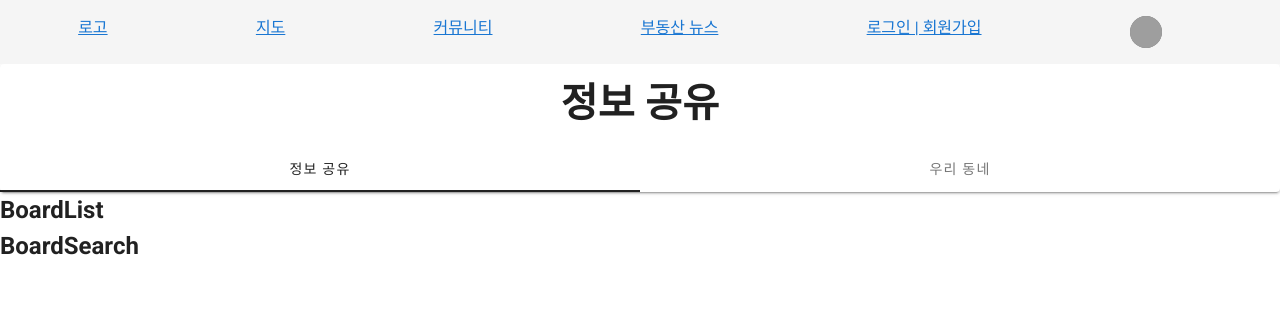
Repository: misso88/vue-whereIsMyHome
Page: /community
These files come from the project's save history. The page is drawn as it stood at one moment and after a run of saves; the edit follows.
The browser window is 1280 px wide. The pictures show the whole page.
The project was rebuilt for these pictures with package versions that can differ from the ones it lists, and the page was loaded fresh each time. Also part of the build but not shown: vue.config.js, src/views/AppMain.vue, src/components/house/sidebar/HouseListItem.vue, src/components/house/sidebar/HouseList.vue, src/components/house/sidebar/HouseListFilter.vue, src/components/house/sidebar/HouseSidebar.vue, src/components/house/map/HouseMapFilter.vue, src/components/house/map/HouseMap.vue and 2 more.

Above is the page before, as saved 2022-11-16 10:43:14.

After the next 2 saves:
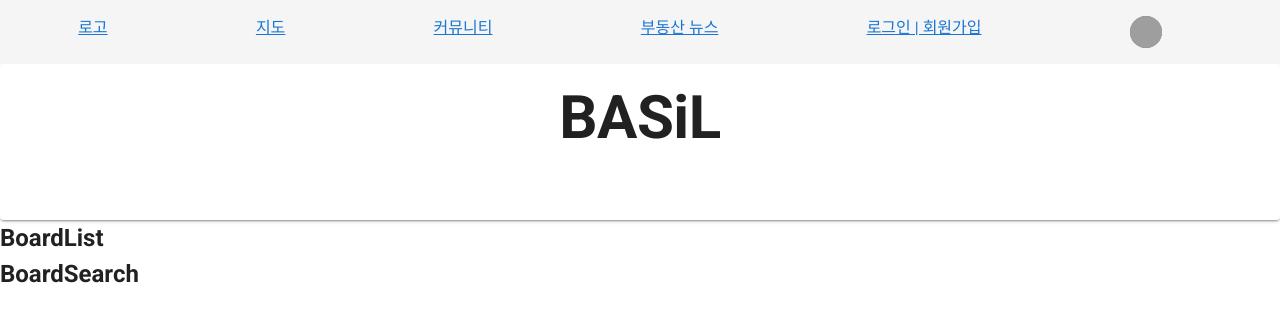
The 2 saves are shown as one change because they came seconds apart.
The last was saved 39 s later.
--- a/src/components/board/BoardHeader.vue
+++ b/src/components/board/BoardHeader.vue
@@ -6,22 +6,38 @@
   </div> -->
   <v-card color="basil">
     <v-card-title class="text-center justify-center py-6">
-      <h1 class="font-weight-bold basil--text">
-        {{tab}}
+      <h1 class="font-weight-bold text-h2 basil--text">
+        BASiL
       </h1>
     </v-card-title>
+
     <v-tabs
+      v-model="tab"
       background-color="transparent"
       color="basil"
       grow
     >
       <v-tab
-        v-for="item in tabs"
+        v-for="item in items"
         :key="item"
       >
-        {{ item.title }}
+        {{ item }}
       </v-tab>
     </v-tabs>
+
+    <v-tabs-items v-model="tab">
+      <v-tab-item
+        v-for="item in items"
+        :key="item"
+      >
+        <v-card
+          color="basil"
+          flat
+        >
+          <v-card-text>{{ text }}</v-card-text>
+        </v-card>
+      </v-tab-item>
+    </v-tabs-items>
   </v-card>
 </template>
 
